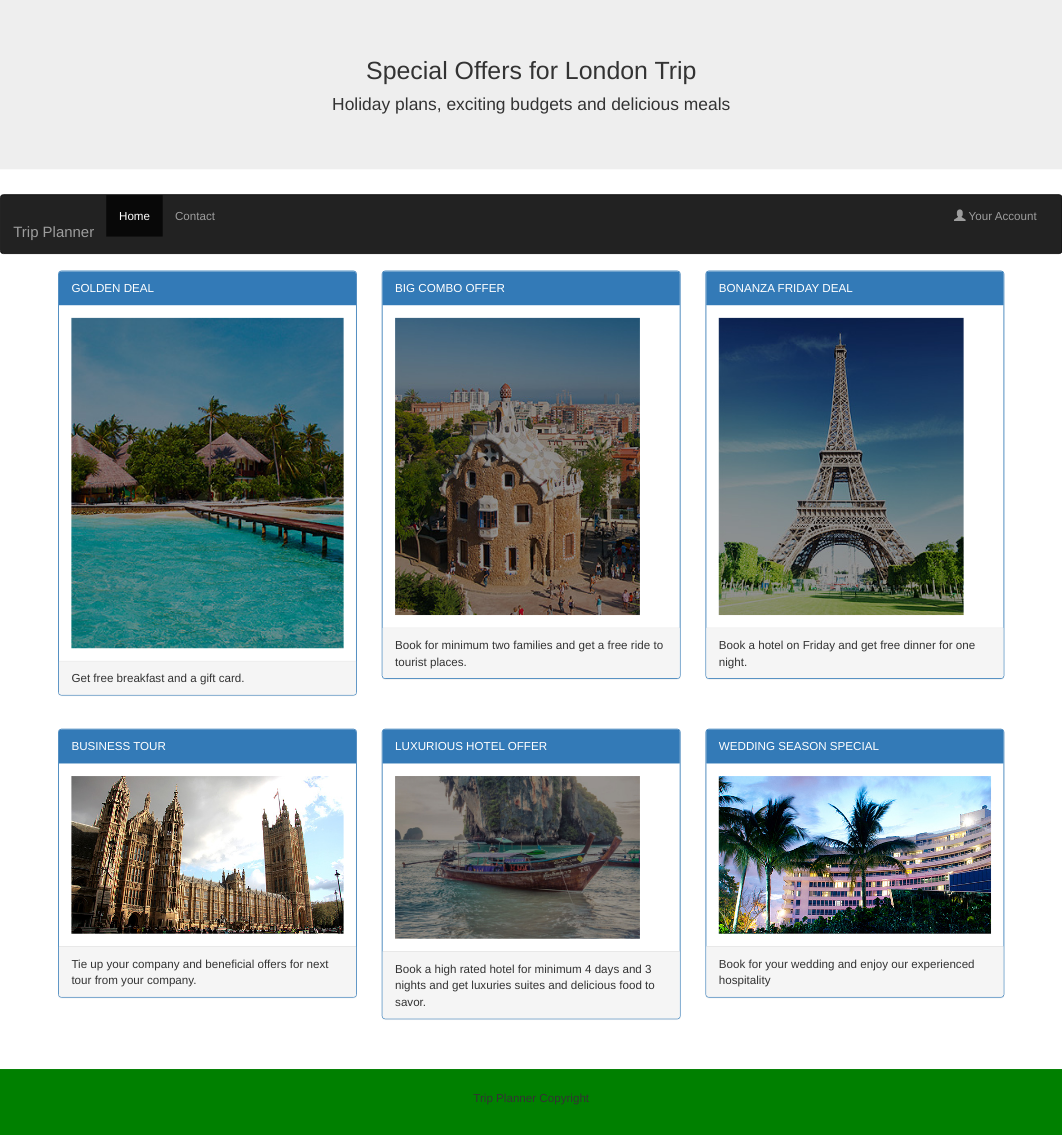
Repository: NanSin21/Mytourism-Website
Page: http://localhost/toursandtravelsmanagement/TripPlaces/CustomerLondon.jsp
These files come from the project's save history. The page is drawn as it stood at one moment and after the next save; the edit follows.
The browser window is 1280 px wide. The pictures show the whole page, at 83% of full size.
The page is served by Tomcat 9. Other server files are loaded and not shown.

Above is the page before, as saved 2018-07-25 06:37:45.

### toursandtravelsmanagement/WebContent/TripPlaces/CustomerLondon.jsp
<%@ page language="java" contentType="text/html; charset=ISO-8859-1"
    pageEncoding="ISO-8859-1"%>
<!DOCTYPE html PUBLIC "-//W3C//DTD HTML 4.01 Transitional//EN" "http://www.w3.org/TR/html4/loose.dtd">
<html>
<head>
<meta http-equiv="Content-Type" content="text/html; charset=ISO-8859-1">
<title>London Trip Package</title>
<!-- <meta charset="utf-8"> -->
  <meta name="viewport" content="width=device-width, initial-scale=1">
  <link rel="stylesheet" href="https://maxcdn.bootstrapcdn.com/bootstrap/3.3.7/css/bootstrap.min.css">
  <script src="https://ajax.googleapis.com/ajax/libs/jquery/3.3.1/jquery.min.js"></script>
  <script src="https://maxcdn.bootstrapcdn.com/bootstrap/3.3.7/js/bootstrap.min.js"></script>
  <style>
  .navbar{
  margin-nottom= 50px;
  border-radius= 0;
  }
  .jumbotron{
   margin-bottom= 0;
   }
   footer{
   background: green;
   padding: 25px;
   }
   </style>
</head>
<body>

<div class="jumbotron">
  <div class="container text-center">
   <h2>Special Offers for London Trip</h2>
     <p>Holiday plans, exciting budgets and delicious meals</p>
  </div>
</div>

<nav class="navbar navbar-inverse">
  <div class="container-fluid">
      <div class="navbar-header">
        <button type="button" class="navbar-toggle" data-toggle="collapse" data-target="#myNavbar">
        <span class="icon-bar"></span>
        <span class="icon-bar"></span>
        <span class="icon-bar"></span>
        </button>
        <h1><a class="navbar-brand" href="CustomerHome.jsp">Trip Planner</a></h1>
      </div>
      <div class="collapse navbar-collapse" id="myNavbar">
      <ul class="nav navbar-nav">
        <li class="active"><a href="TripPlaces/CustomerLondon.jsp">Home</a></li>
       <!--  <li><a href="registration.jsp">Register</a></li>
        <li><a href="login.jsp">Login</a></li> -->
        <li><a href="contact.jsp">Contact</a></li>
      </ul>
      <ul class="nav navbar-nav navbar-right">
        <li><a href="profile.jsp"><span class="glyphicon glyphicon-user"></span> Your Account</a></li>
       <!--  <li><a href="budget.html">Budget Details</a></li> -->
      <!--   <li><a href="#"><span class="glyphicon glyphicon-shopping-cart"></span> Cart</a></li> -->
      </ul>
    </div>
  </div>
</nav>


   <div class="container">
  <div class="row">
    <div class="col-sm-4">
      <div class="panel panel-primary">
        <div class="panel-heading">GOLDEN DEAL</div>
        <div class="panel-body"><img src="images/ban_img2.jpg" class="img-responsive" style="width:100%" alt="Image"></div>
        <div class="panel-footer">Get free breakfast and a gift card.</div>
      </div>
    </div>
    <div class="col-sm-4">
      <div class="panel panel-primary">
        <div class="panel-heading">BIG COMBO OFFER</div>
        <div class="panel-body"><img src="images/ban_img1.jpg" class="img-responsive" style="width:90%" alt="Image"></div>
        <div class="panel-footer">Book for minimum two families and get a free ride to tourist places.</div>
      </div>
    </div>
    <div class="col-sm-4">
      <div class="panel panel-primary">
        <div class="panel-heading">BONANZA FRIDAY DEAL</div>
        <div class="panel-body"><img src="images/ban_img3.jpg" class="img-responsive" style="width:90%" alt="Image"></div>
        <div class="panel-footer">Book a hotel on Friday and get free dinner for one night.</div>
      </div>
    </div>
  </div>
</div><br>

<div class="container">
  <div class="row">
    <div class="col-sm-4">
      <div class="panel panel-primary">
        <div class="panel-heading">BUSINESS TOUR</div>
        <div class="panel-body"><img src="images/londonhelp.jpg" class="img-responsive" style="width:100%" alt="Image"></div>
        <div class="panel-footer">Tie up your company and beneficial offers for next tour from your company.</div>
      </div>
    </div>
    <div class="col-sm-4">
      <div class="panel panel-primary">
        <div class="panel-heading">LUXURIOUS HOTEL OFFER</div>
        <div class="panel-body"><img src="images/2.jpg" class="img-responsive" style="width:90%" alt="Image"></div>
        <div class="panel-footer">Book a high rated hotel for minimum 4 days and 3 nights and get luxuries suites and delicious food to savor.</div>
      </div>
    </div>
    <div class="col-sm-4">
      <div class="panel panel-primary">
        <div class="panel-heading">WEDDING SEASON SPECIAL</div>
        <div class="panel-body"><img src="images/page4_img2.jpg" class="img-responsive" style="width:100%" alt="Image"></div>
        <div class="panel-footer">Book for your wedding and enjoy our experienced hospitality</div>
      </div>
    </div>
  </div>
</div><br><br>

<footer class="container-fluid text-center">
  <p>Trip Planner Copyright</p>
 <!--  <form action="LoginServlet" method="post" class="form-inline">Get deals:
    <input type="email" class="form-control" size="50" name="email" placeholder="Email Address">
     <input type="password" placeholder="Enter Password" name="password" required>
    <button type="submit" class="btn btn-danger">Sign Up</button>
  </form> -->
</footer>
</body>
</html>

After the next save:
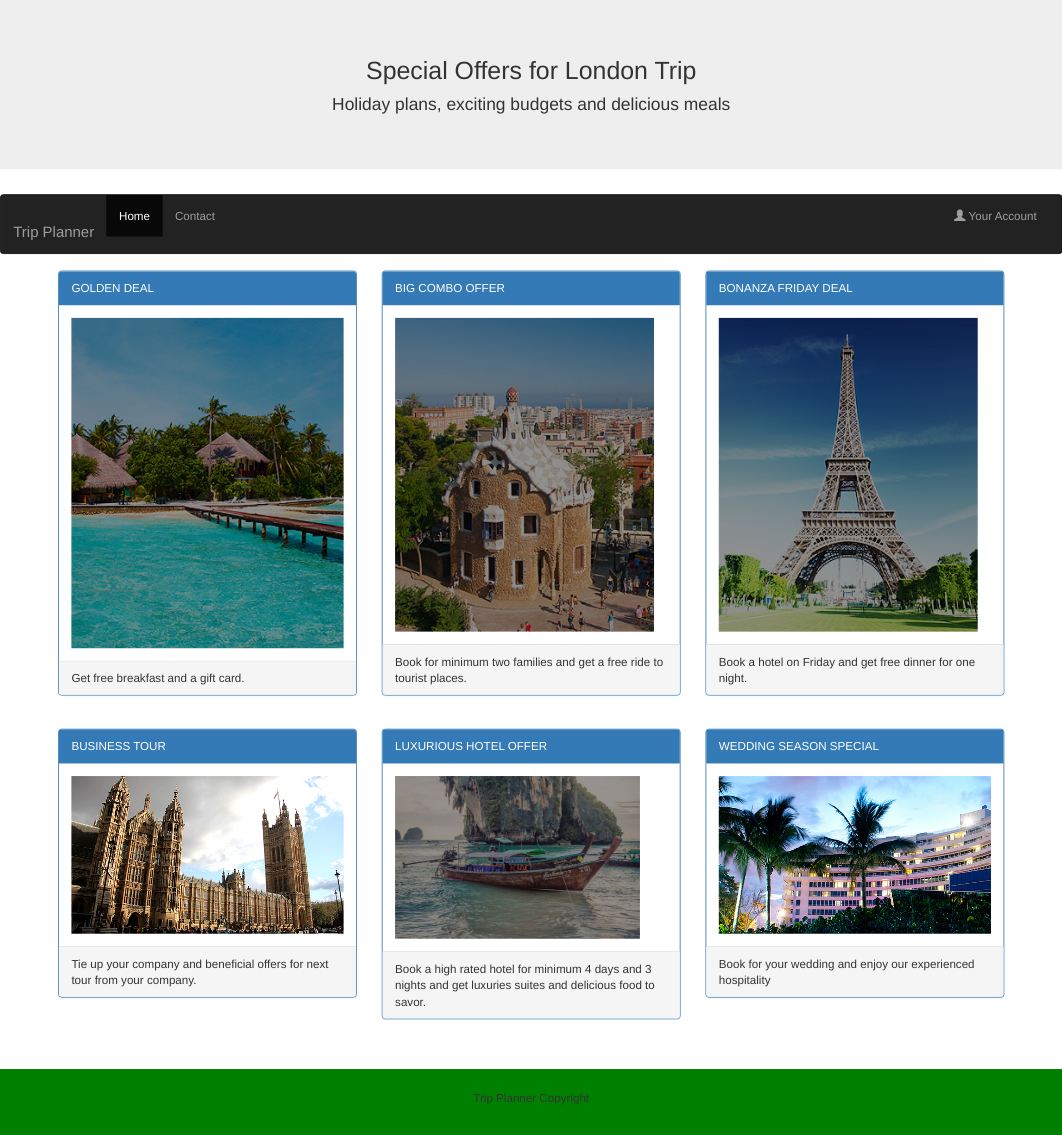
Saved 22 s later.
--- a/toursandtravelsmanagement/WebContent/TripPlaces/CustomerLondon.jsp
+++ b/toursandtravelsmanagement/WebContent/TripPlaces/CustomerLondon.jsp
@@ -72,14 +72,14 @@
     <div class="col-sm-4">
       <div class="panel panel-primary">
         <div class="panel-heading">BIG COMBO OFFER</div>
-        <div class="panel-body"><img src="images/ban_img1.jpg" class="img-responsive" style="width:90%" alt="Image"></div>
+        <div class="panel-body"><img src="images/ban_img1.jpg" class="img-responsive" style="width:95%" alt="Image"></div>
         <div class="panel-footer">Book for minimum two families and get a free ride to tourist places.</div>
       </div>
     </div>
     <div class="col-sm-4">
       <div class="panel panel-primary">
         <div class="panel-heading">BONANZA FRIDAY DEAL</div>
-        <div class="panel-body"><img src="images/ban_img3.jpg" class="img-responsive" style="width:90%" alt="Image"></div>
+        <div class="panel-body"><img src="images/ban_img3.jpg" class="img-responsive" style="width:95%" alt="Image"></div>
         <div class="panel-footer">Book a hotel on Friday and get free dinner for one night.</div>
       </div>
     </div>
